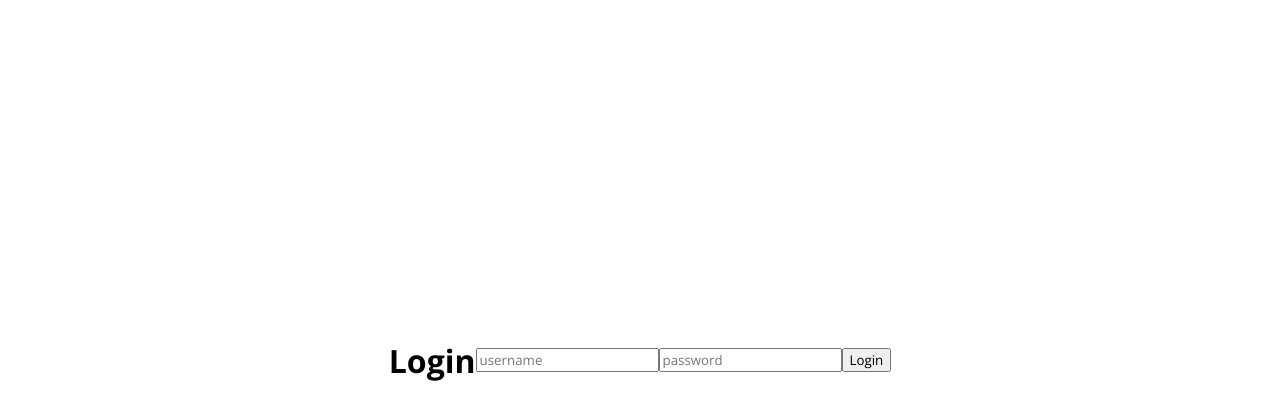
Repository: juansesu3/Blog-Full-Stack
Page: /login (app in client/blog/)
An editor plug-in stored every save of this project. The page is shown before and after a run of saves, followed by the edit.
The browser window is 1280 px wide. The pictures show the whole page.
The project was rebuilt for these pictures with package versions that can differ from the ones it lists, and the page was loaded fresh each time. Also part of the build but not shown: client/blog/vite.config.js, client/blog/src/pages/Register.jsx, client/blog/src/pages/Single.jsx, client/blog/src/pages/Write.jsx, client/blog/src/pages/Home.jsx, client/blog/src/components/Navbar.jsx, client/blog/src/components/Footer.jsx.

Above is the page before, as saved 2023-04-18 13:35:17.

After the next 3 saves:
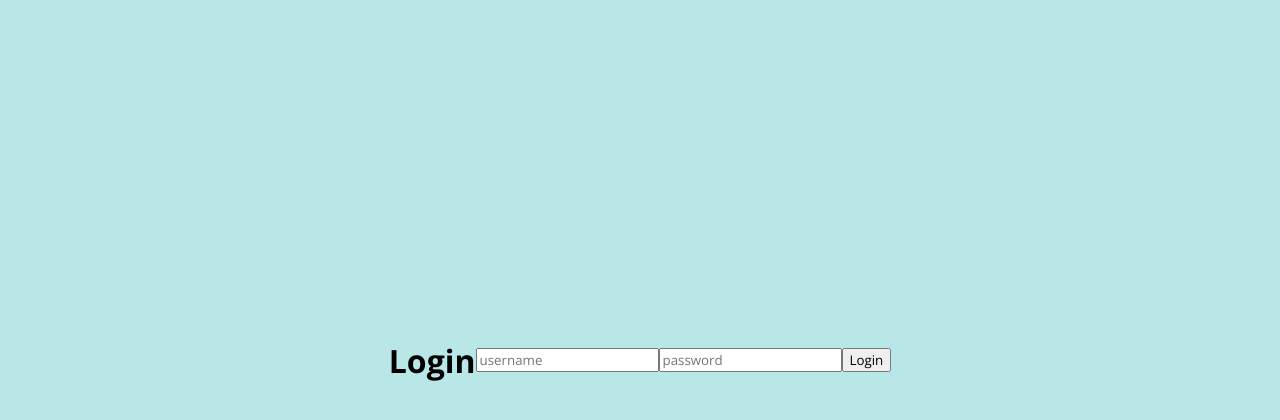
The 3 saves are shown as one change because 1 did not build or start and some came seconds apart.
The last was saved 25 s later.
--- a/client/blog/src/style.scss
+++ b/client/blog/src/style.scss
@@ -14,6 +14,7 @@ $lightGreen: #b9e7e7;
             align-items: center;
             justify-content: center;
             height: 100vh;
+            background-color: $lightGreen;
         }
 
     }
